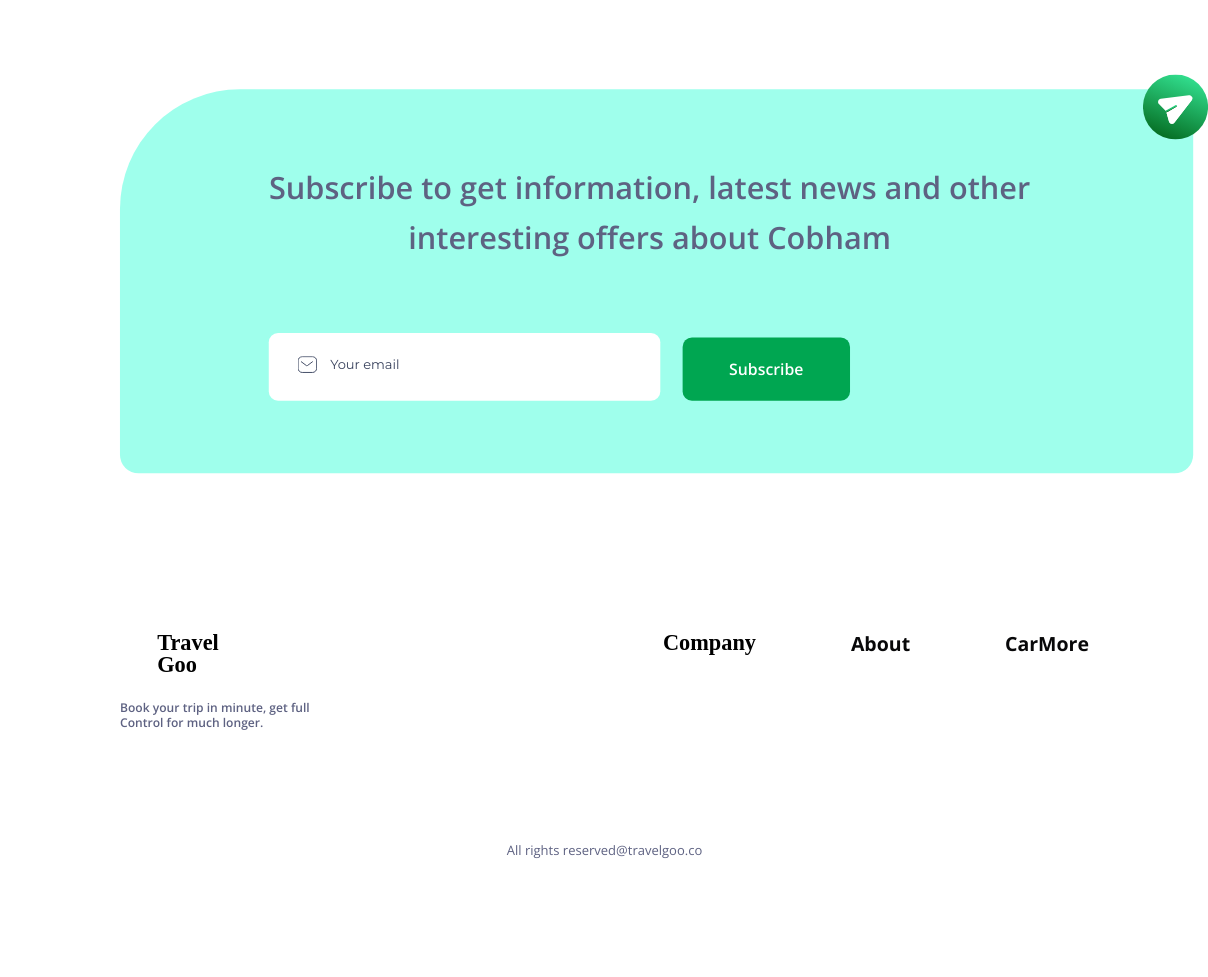
Repository: HeybetzadeQedim/task-5
Page: index.html
These files come from the project's save history. The page is drawn as it stood at one moment and after a run of saves; the edit follows.
The browser window is 1280 px wide. The page is 1299 px wide, so the pictures cover 1299 px, including what lies to the right of the window. The pictures show the whole page, at 93% of full size.
Some web fonts or font styles are not loaded; a fallback is used.

Above is the page before, as saved 2023-10-16 15:58:04.

### index.html
<!DOCTYPE html>
<html lang="en">
  <head>
    <meta charset="UTF-8" />
    <meta name="viewport" content="width=device-width, initial-scale=1.0" />
    <title>Document</title>
    <link rel="stylesheet" href="./index.css" />
  </head>
  <body>
    <div class="container">
      <div class="relative-container">
        <div class="box-container">
          <h1>
            Subscribe to get information, latest news and other interesting
            offers about Cobham
          </h1>

          <div class="flex-container">
            <div class="flex-container-2">
              <img src="images/Group 46.svg" />
              <p>Your email</p>
            </div>
            <div class="button-container">
              <p>Subscribe</p>
            </div>
          </div>
        </div>
        <div class="image-container">
          <img src="images/Group 77 (1).svg" />
        </div>
      </div>

      <div class="main-container">
        <div class="main-box">
          <div class="position-container">
            <h2>
              Travel<br />
              Goo
            </h2>
            <p>
              Book your trip in minute, get full<br />
              Control for much longer.
            </p>
          </div>

          <div class="li-container">
            <ul>
                <h2>Company</h2>
              <li>About</li>
              <li>Car</li>
              <li>More</li>
            </ul>
          </div>
          <!-- <div class="li-container-2">
            <ul>
              <li>About</li>
              <li>Help/FAQ</li>
              <li>Airlinefees</li>
            </ul>
          </div>
          <div class="li-container-3">
            <ul>
              <li>Careers</li>
              <li>Press</li>
              <li>Airline</li>
            </ul>
          </div>
          <div class="li-container-4">
            <ul>
              <li>Mobile</li>
              <li>Affilates</li>
              <li>Low fare tips</li>
            </ul>
          </div>
          <div class="last-container">
            <img src="images/Social.svg" />
            <img src="images/Background (1).svg" />
            <img src="images/Background (1).svg" />
            <p>Discover our app</p>
            <img src="images/Play Store.svg" />
            <img src="images/Play Store.svg" />
          </div> -->
        </div>
        <div class="footer-box">
          <p>All rights reserved@travelgoo.co</p>
        </div>
      </div>
    </div>
  </body>
</html>

### index.css
@import url("https://fonts.googleapis.com/css2?family=Laila:wght@700&family=Montserrat&family=Open+Sans:wght@400;600;700&display=swap");
* {
  padding: 0;
  margin: 0;
  box-sizing: border-box;
}
.container {
  padding: 96px 109px 64px 129px;
}
.box-container {
  padding: 79px 175px 78px 160px;
  border-radius: 0px 24px 0px 50px;
  display: inline-block;
  background: #9fffec;
  border-radius: 129px 20px 20px 20px;
}
.box-container h1 {
  width: 819px;
  color: var(--TEXT-CLR, #5e6282);
  text-align: center;
  font-family: Open Sans;
  font-size: 33px;
  font-style: normal;
  font-weight: 600;
  line-height: 54px; /* 163.636% */
}
.box-container img:first-child {
  width: 70px;
  height: 70px;
}
.image-container {
  position: absolute;
  top: -16px;
  right: 0;
}
.relative-container {
  width: 1170px;
  position: relative;
  margin-bottom: 170px;
}
.flex-container {
  display: flex;
}
.flex-container-2 {
  margin-top: 75px;
  padding: 25px 0 25px 31px;
  width: 421px;
  display: flex;
  border-radius: 10px;
  background: var(--white, #fff);
}
.flex-container-2 img:first-child {
  width: 21px;
  height: 18px;
}
.flex-container-2 p {
  margin-left: 14px;
  color: var(--TEXT-COLOR, #39425d);
  font-family: Montserrat;
  font-size: 14px;
  font-style: normal;
  font-weight: 400;
  line-height: normal;
}
.button-container p {
  margin-top: 80px;
  margin-left: 24px;
  padding: 22px 50px 23px 50px;
  border-radius: 10px;
  background-color: #00a651;
  display: inline-block;
  color: var(--white, #fff);
  text-align: center;
  font-family: Open Sans;
  font-size: 17px;
  font-style: normal;
  font-weight: 600;
  line-height: normal;
}
.main-container .main-box{
  display: flex;
  justify-content: space-between;
}
.position-container {
  /* position: absolute; */
}
.main-container h2 {
  margin-bottom: 25px;
  /* margin-left: 40px; */
  color: #000;
  font-family: Laila;
  font-size: 24px;
  font-style: normal;
  font-weight: 700;
  line-height: 102.5%;
}
.position-container h2{
  margin-left: 40px;
}
.main-container p {
  color: var(--TEXT-CLR, #5e6282);
  font-family: Open Sans;
  font-size: 13px;
  font-style: normal;
  font-weight: 600;
  line-height: 124.5%;
}
.li-container {
  /* margin-left: 400px; */
}
.li-container ul {
  display: flex;
}
.li-container li {
  list-style-type: none;
  color: var(--black, #080809);
  font-family: Open Sans;
  font-size: 21px;
  font-style: normal;
  font-weight: 700;
  line-height: 124.5%;
}
.li-container li:nth-child(2) {
  margin-left: 102px;
  margin-right: 102px;
}
.li-container-2 {
  margin-top: 45px;
  /* margin-left: 400px; */
}
.li-container-2 ul {
  display: flex;
}
.li-container-2 li {
  list-style-type: none;
  color: var(--TEXT-CLR, #5e6282);
  font-family: Open Sans;
  font-size: 18px;
  font-style: normal;
  font-weight: 400;
  line-height: 124.5%;
}
.li-container-2 li:first-child {
  margin-right: 50px;
}
.li-container-2 li:nth-child(2) {
  margin-left: 102px;
  margin-right: 102px;
}
.li-container-3 {
  margin-top: 18px;
  /* margin-left: 400px; */
}
.li-container-3 ul {
  display: flex;
}
.li-container-3 li {
  list-style-type: none;
  color: var(--TEXT-CLR, #5e6282);
  font-family: Open Sans;
  font-size: 18px;
  font-style: normal;
  font-weight: 400;
  line-height: 124.5%;
}
.li-container-3 li:first-child {
  margin-right: 35px;
}
.li-container-3 li:nth-child(2) {
  margin-left: 102px;
  margin-right: 140px;
}
.li-container-4 {
  margin-top: 18px;
  /* margin-left: 400px; */
}
.li-container-4 ul {
  display: flex;
}
.li-container-4 li {
  list-style-type: none;
  color: var(--TEXT-CLR, #5e6282);
  font-family: Open Sans;
  font-size: 18px;
  font-style: normal;
  font-weight: 400;
  line-height: 124.5%;
}
.li-container-4 li:first-child {
  margin-right: 35px;
}
.li-container-4 li:nth-child(2) {
  margin-left: 102px;
  margin-right: 120px;
}
.last-container {
  position: absolute;
  top: 570px;
  left: 1200px;
}
.last-container p {
  /* margin-right: 160px; */
  margin-bottom: 22px;
  margin-top: 37px;
  color: var(--TEXT-CLR, #5e6282);
  font-family: Open Sans;
  font-size: 20px;
  font-style: normal;
  font-weight: 400;
  line-height: 124.5%;
  letter-spacing: 0.1px;
}
.last-container img:first-child {
  width: 58px;
  height: 58px;
}
.last-container img:nth-child(2) {
  width: 63px;
  height: 63px;
}
.last-container img:nth-child(3) {
  /* margin-right: 150px; */
  width: 58px;
  height: 58px;
}
.last-container img:nth-child(4) {
  width: 141px;
  height: 49px;
}
.last-container img:last-child {
  /* margin-right: 40px; */
  width: 141px;
  height: 49px;
}
.footer-container p {
  color: var(--3rd, #e5e5e5);
  font-family: Roboto;
  font-size: 22px;
  font-style: normal;
  font-weight: 400;
  line-height: normal;
}
.footer-box p {
  margin-top: 120px;
  margin-bottom: 64px;
  text-align: center;
  color: var(--TEXT-CLR, #5e6282);
  font-family: Open Sans;
  font-size: 14px;
  font-style: normal;
  font-weight: 400;
  line-height: 124.5%;
}
.flex-box {
  display: flex;
}
.flex-box-2 {
  margin-right: 22px;
  margin-left: 22px;
}
.flex-box-3 {
  margin-right: 22px;
}
.flex-box-4 {
  margin-left: 22px;
  margin-right: 22px;
}
.flex-box-5 {
  margin-right: 22px;
}

After the next 3 saves:
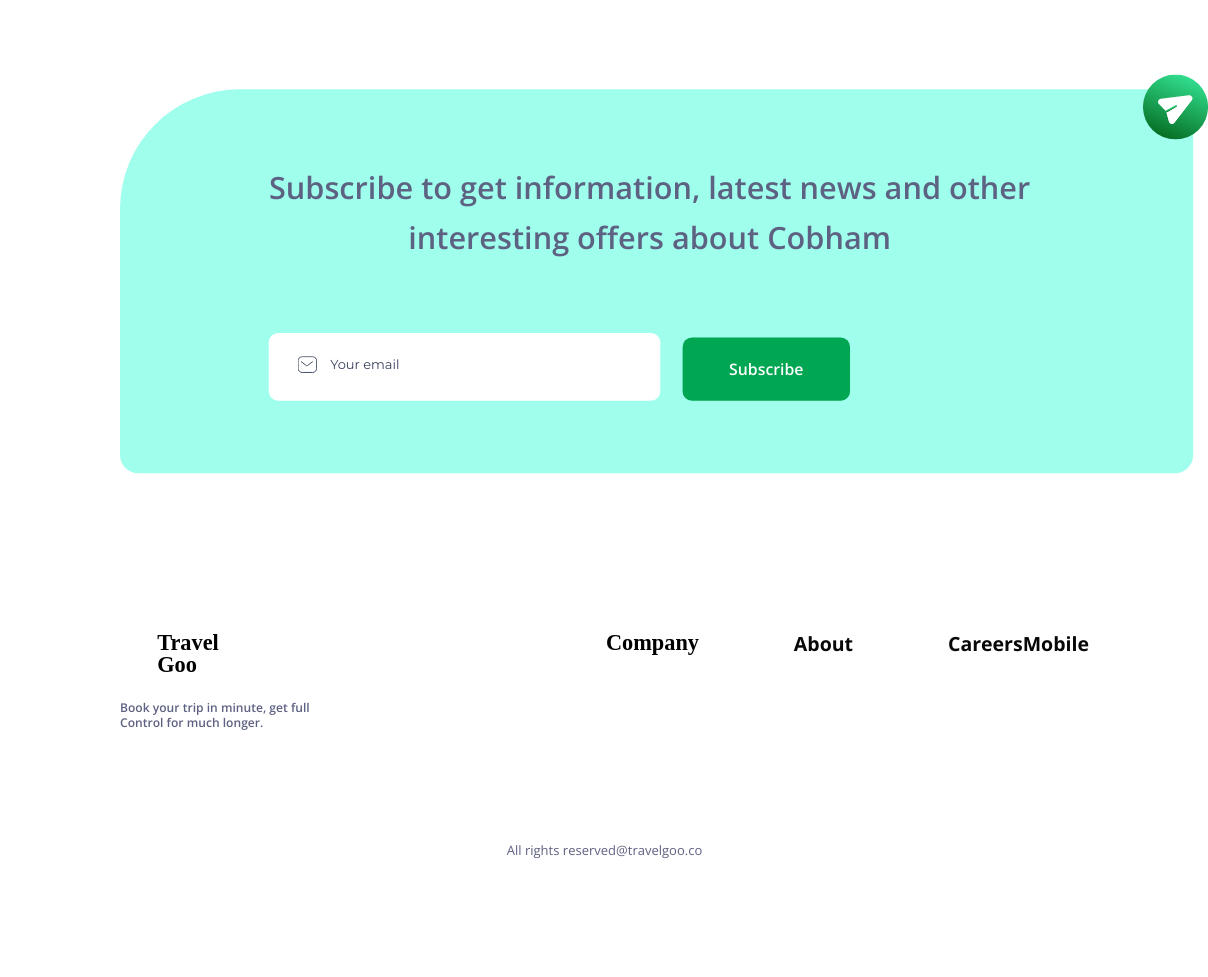
The 3 saves are shown as one change because they came seconds apart.
The last was saved 10 s later.
--- a/index.html
+++ b/index.html
@@ -47,8 +47,8 @@
             <ul>
                 <h2>Company</h2>
               <li>About</li>
-              <li>Car</li>
-              <li>More</li>
+              <li>Careers</li>
+              <li>Mobile</li>
             </ul>
           </div>
           <!-- <div class="li-container-2">
